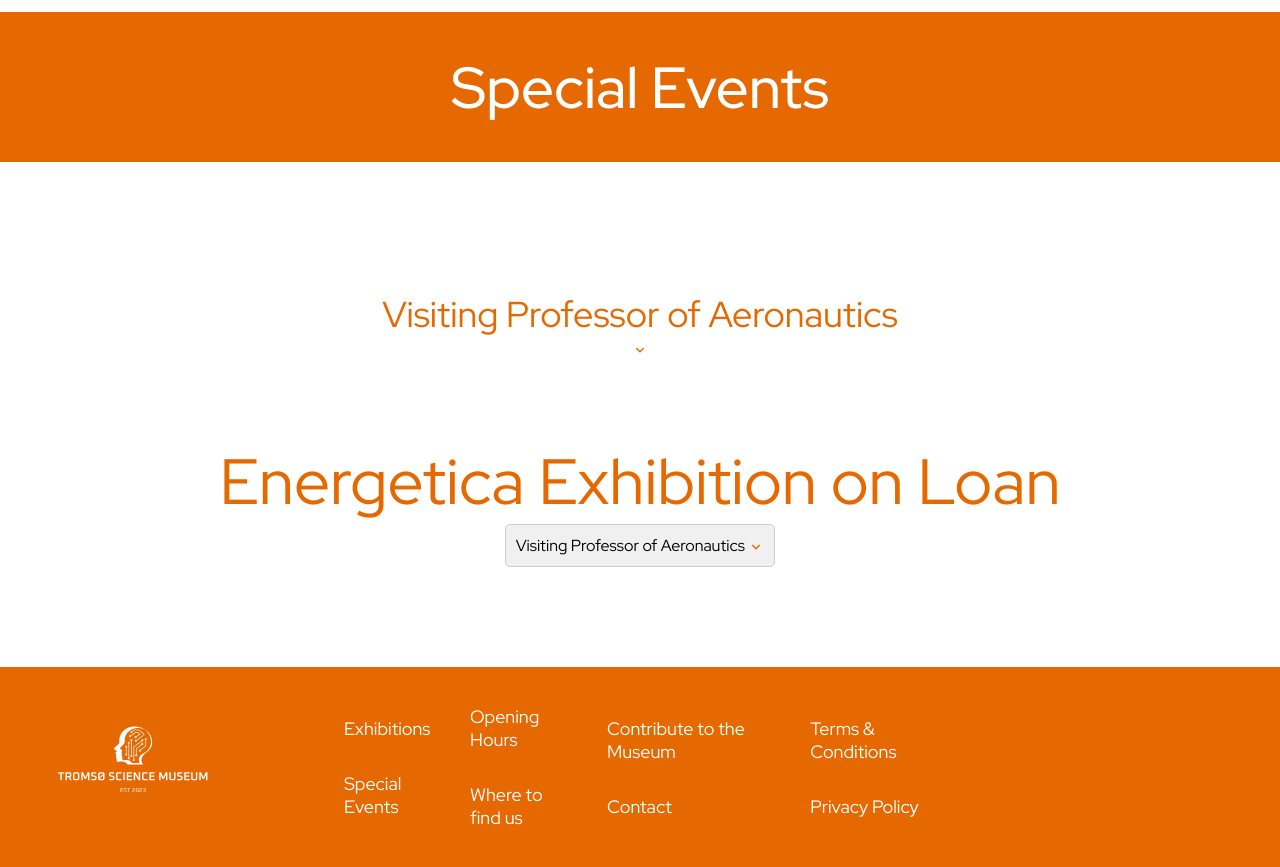
Repository: benjaminskarding/Semester-Project
Page: index.html
The author's editor kept a copy of each file at every save. The page is drawn from the files as they stood at one save, then again after the next save.
The browser window is 1280 px wide. The pictures show the part of the page from y = 5117 to 5984 px (the page is 5984 px tall before and 5982 px after).
A picture or video elsewhere on the page could not be fetched, so the positions and the page height are approximate.

Above is the page before, as saved 2023-12-04 12:49:01.

After the next save:
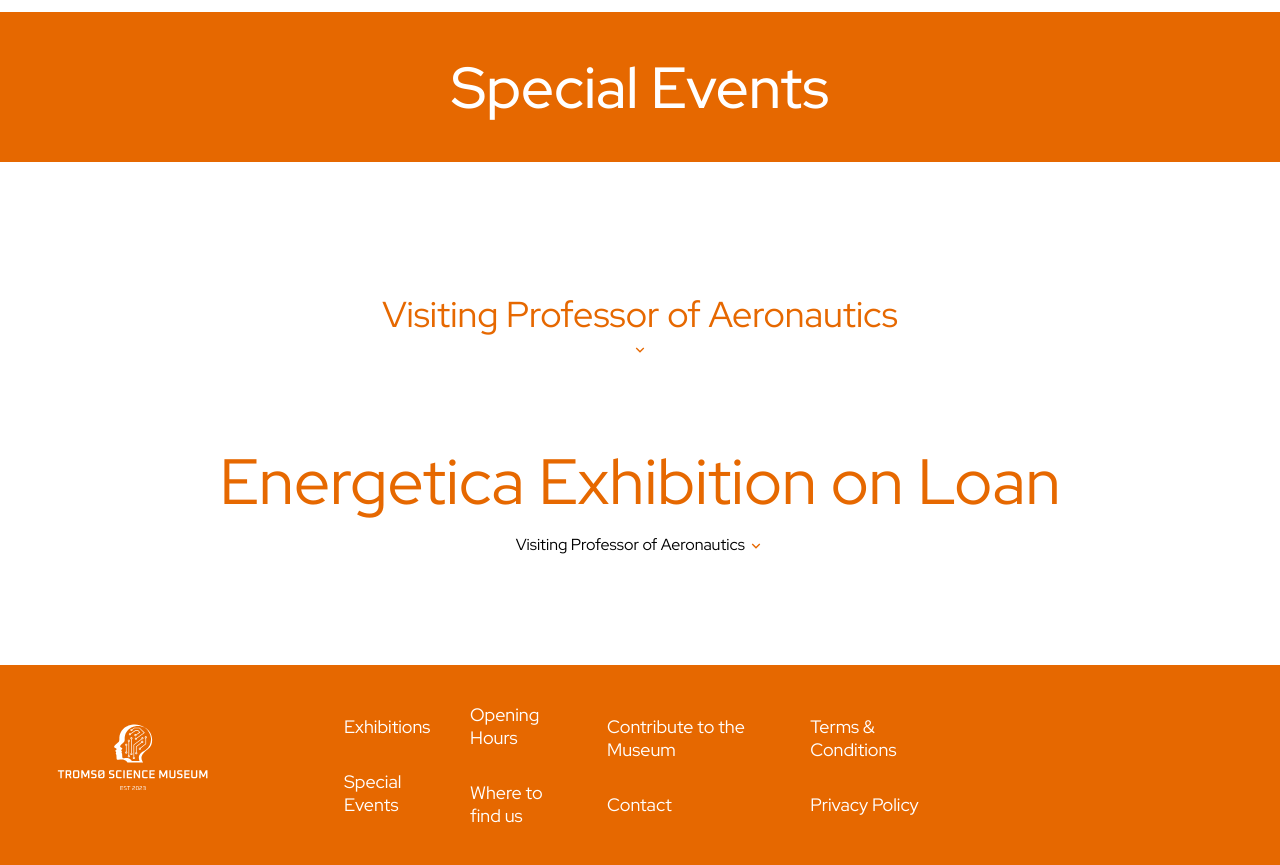
Saved 9 s later.
--- a/src/css/index.css
+++ b/src/css/index.css
@@ -410,11 +410,6 @@ h4 {
     cursor: pointer;
     display: inline-block; /* Allows inline elements to sit beside the label text */
     padding: 10px;
-    background-color: #f0f0f0;
-    border: 1px solid #ccc;
-    border-radius: 5px;
-    transition: background-color 0.3s ease;
-    text-decoration: none; /* Removes underline from label if styled as a link */
     color: inherit; /* Inherits text color from parent */
     vertical-align: middle;
   }
